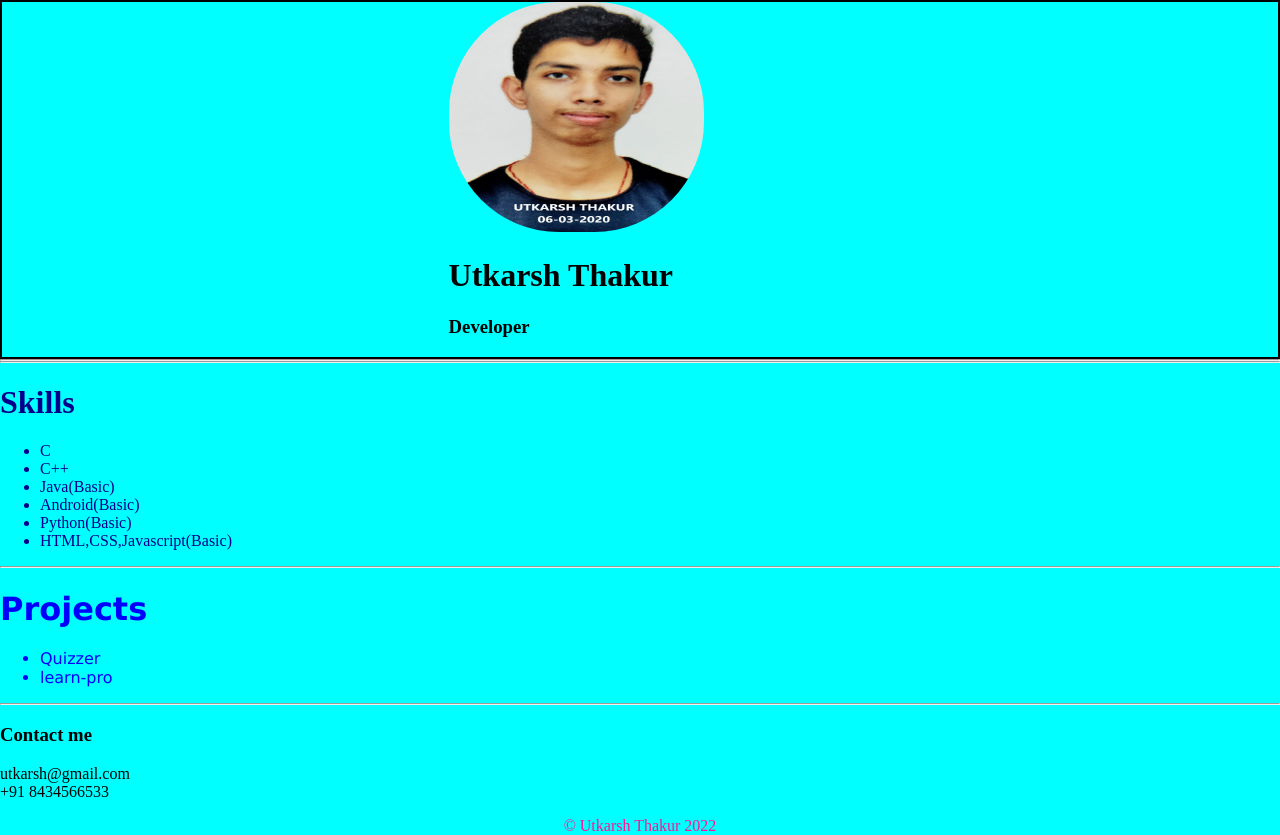
Repository: UtkarshThakur321/Utkarsh-Thakur-Profile
Page: index.html
These files come from the project's save history. The page is drawn as it stood at one moment and after the next save; the edit follows.
The browser window is 1280 px wide. The pictures show the whole page.

Above is the page before, as saved 2022-01-18 22:16:59.
Not found: main.js

After the next save:
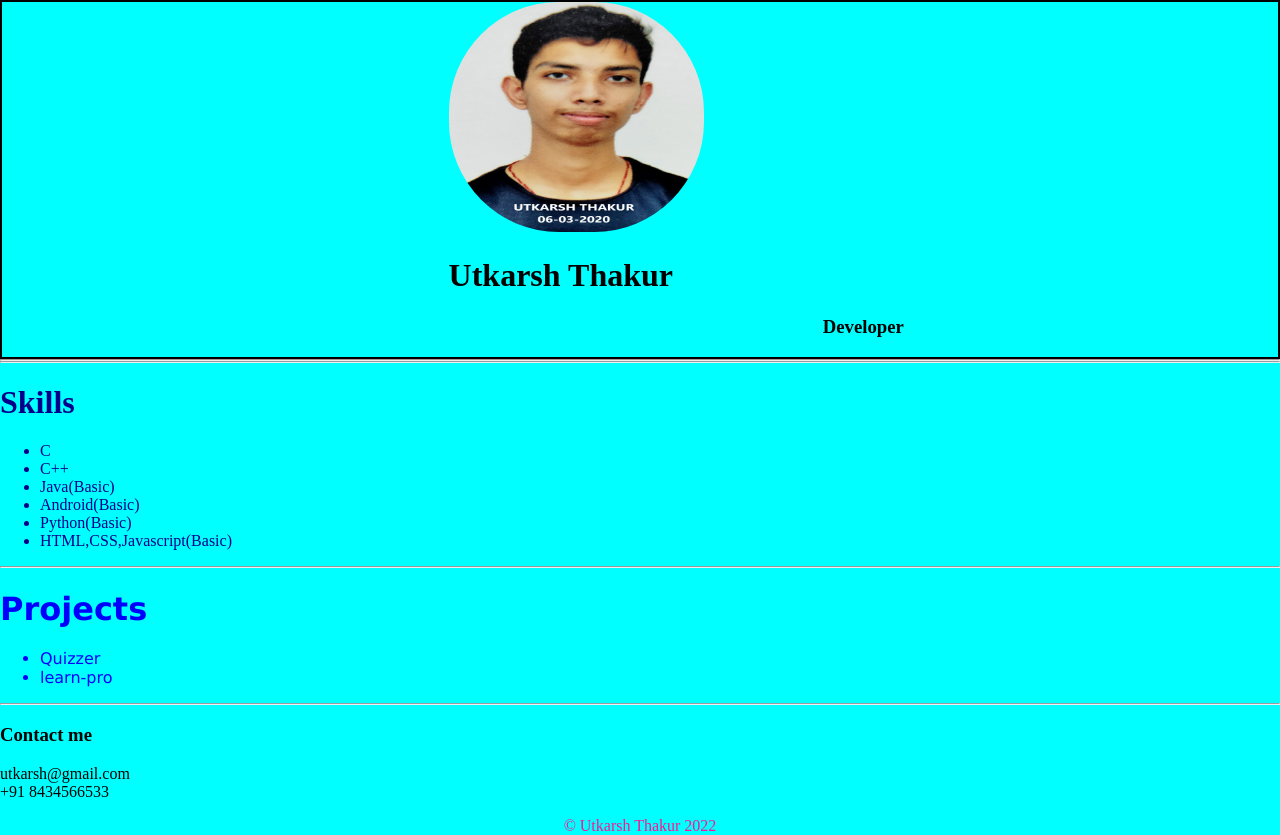
Saved 64 s later.
--- a/index.css
+++ b/index.css
@@ -18,6 +18,10 @@ body{
 }
 #profileName{
     margin-left:35%;
+}
+
+#profileName>h3{
+    text-align: center;
 }
 
 .intro{

After the save that followed:
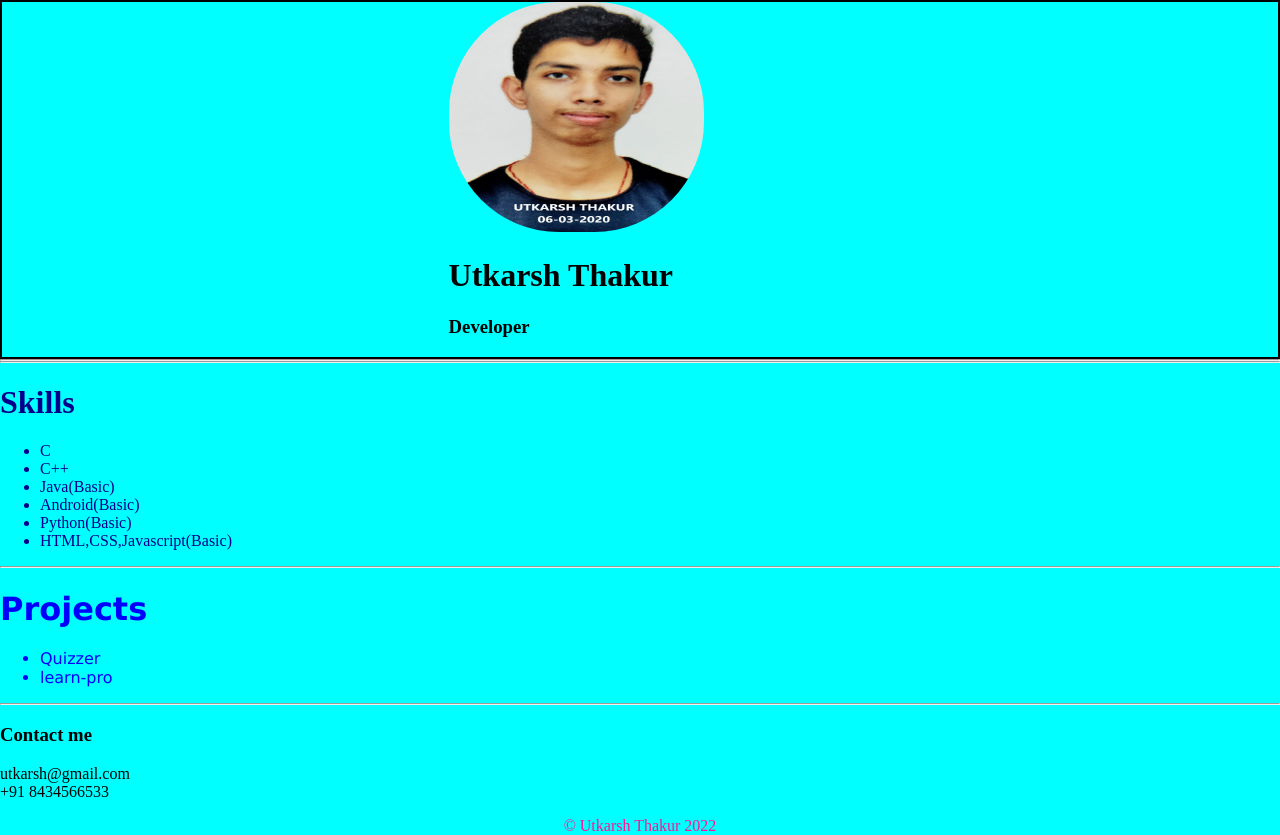
Saved 12 s later.
--- a/index.css
+++ b/index.css
@@ -21,7 +21,7 @@ body{
 }
 
 #profileName>h3{
-    text-align: center;
+
 }
 
 .intro{
